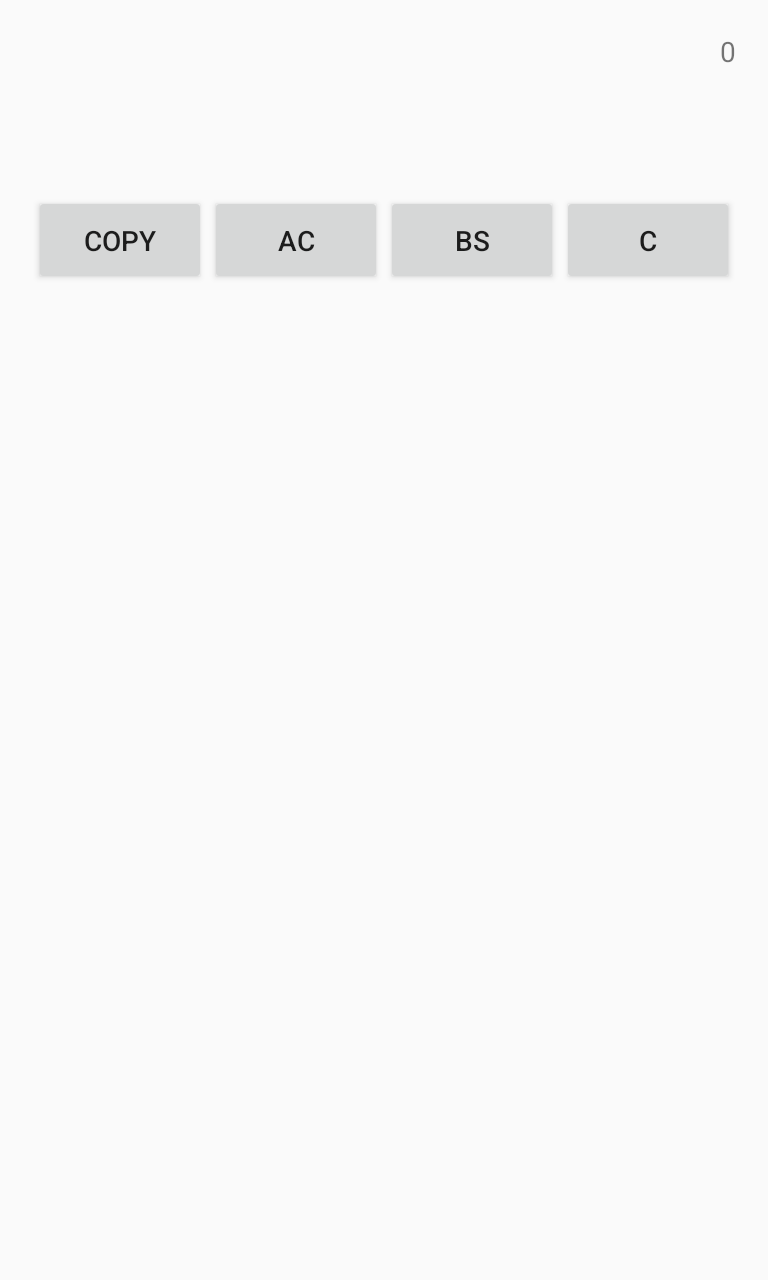
Repository: y-matsumoto/TECH.C-2015
Layout: submit/shokei/java0704/Calculator/res/layout/activity_main.xml
The author's editor kept a copy of each file at every save. The layout is drawn from the files as they stood at one save, then again after the next save.
It is drawn on a 768 x 1280 px phone screen (xhdpi) without system bars, with theme AppTheme; the app's code is not run.

Above is the layout before, as saved 2015-07-04 07:12:07.

After the next save:
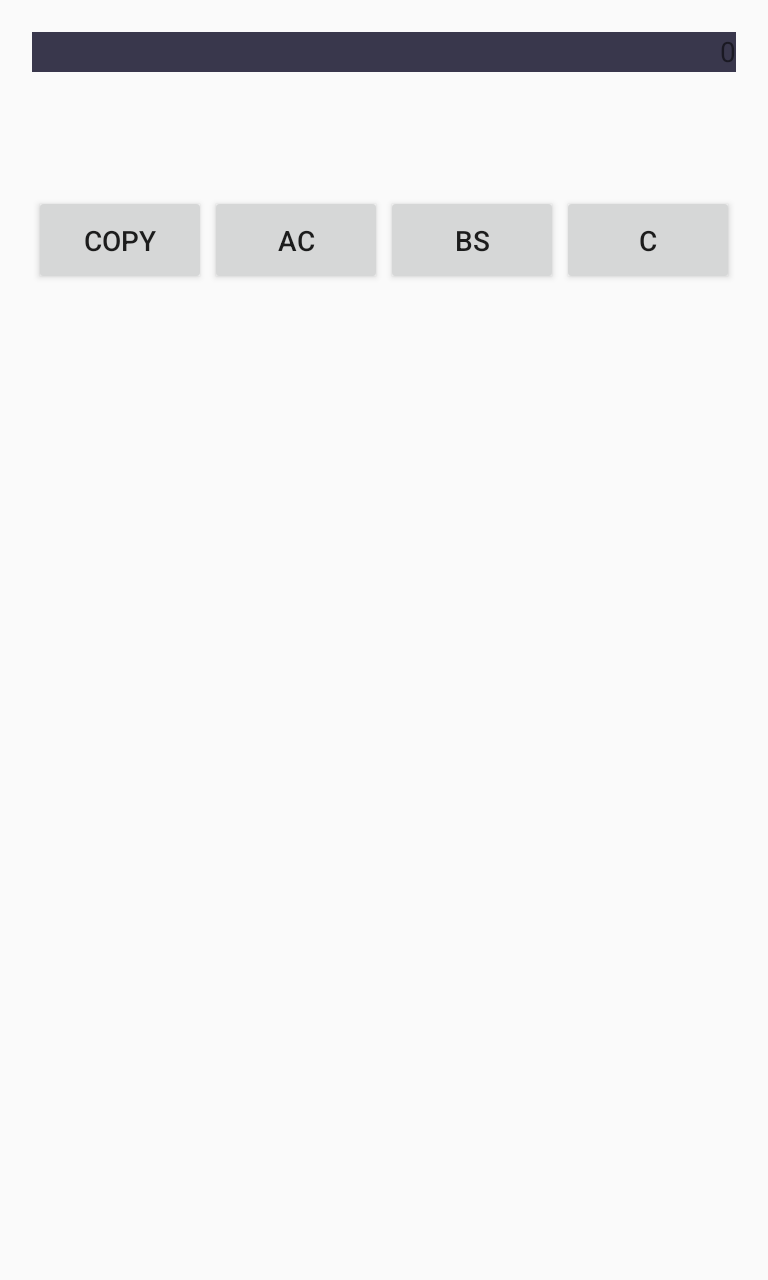
Saved 68 s later.
--- a/submit/shokei/java0704/Calculator/res/layout/activity_main.xml
+++ b/submit/shokei/java0704/Calculator/res/layout/activity_main.xml
@@ -14,7 +14,7 @@
         android:layout_height="20dp"
         android:gravity="end"
         android:text="0"
-        android:background="gray"/>
+        android:background="#39374C"/>
 
     <TextView
         android:id="@+id/opera"
